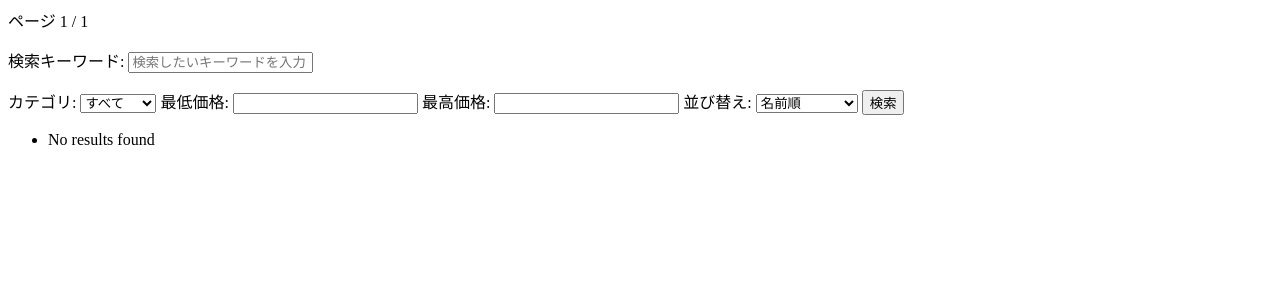
Repository: mamesuke7274/2024_kouki_kuwayamasyoutarou
Page: http://localhost/
An editor plug-in stored every save of this project. The page is shown before and after the next save, followed by the edit.
The browser window is 1280 px wide. The pictures show the whole page.
The page is served by the project's application, run on Django 4.2 (manage.py). Queries for data that is not in the repository find no rows.

Above is the page before, as saved 2024-10-19 09:41:25.

After the next save:
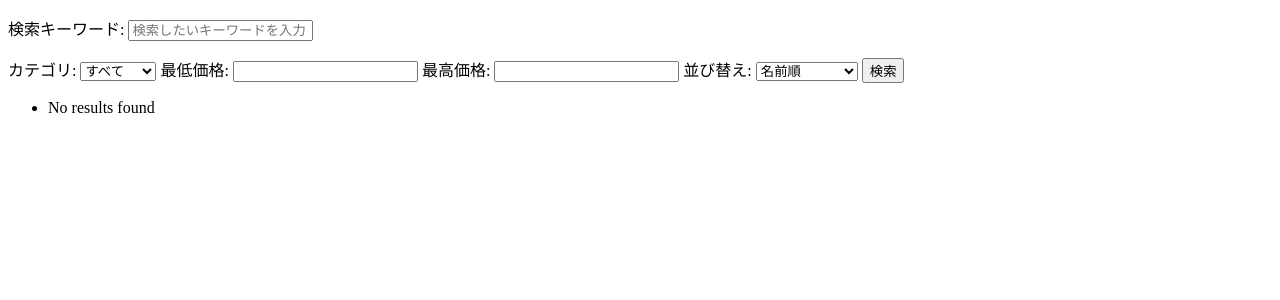
Saved 4 s later.
--- a/search_app/templates/search.html
+++ b/search_app/templates/search.html
@@ -8,22 +8,7 @@
 </head>
 
 <body>
-    <div class="pagination">
-        <span class="step-links">
-            {% if page_obj.has_previous %}
-            <a href="?page=1">最初</a>
-            <a href="?page={{ page_obj.previous_page_number }}">前へ</a>
-            {% endif %}
 
-            <span>ページ {{ page_obj.number }} /
-                {{ page_obj.paginator.num_pages }}</span>
-
-            {% if page_obj.has_next %}
-            <a href="?page={{ page_obj.next_page_number }}">次へ</a>
-            <a href="?page={{ page_obj.paginator.num_pages }}">最後</a>
-            {% endif %}
-        </span>
-    </div>
     <form method="get">
         {{ form.as_p }}
         <label for="category">カテゴリ:</label>
